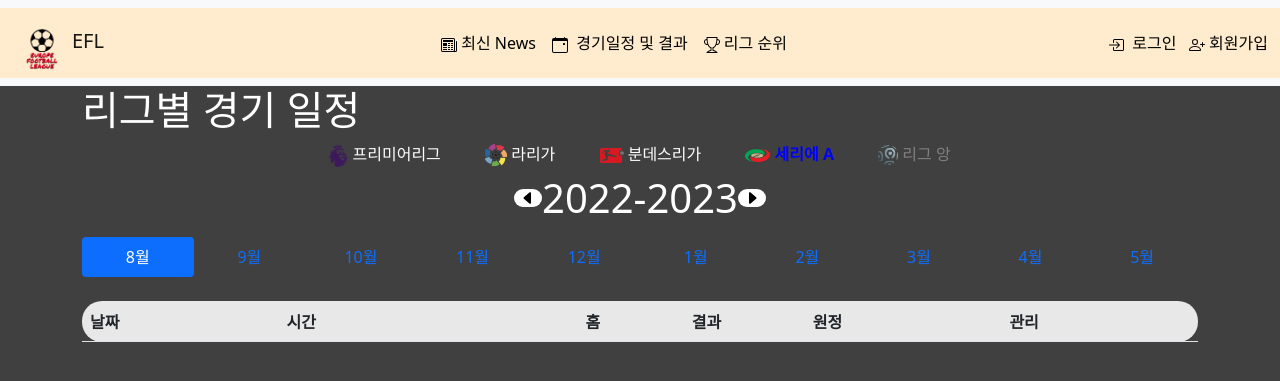
Repository: kylekimkim/uefa_project
Page: http://localhost/admin/match/2223/listSerie
The author's editor kept a copy of each file at every save. The page is drawn from the files as they stood at one save, then again after the next save.
The browser window is 1280 px wide. The pictures show the whole page.
The page is this project's Thymeleaf template; nobody is signed in. The template is opened directly, without the code that normally fills it, so the values that code supplies are empty.

Above is the page before, as saved 2022-07-22 03:44:48.

### uefa_project/src/main/resources/templates/admin/match/2223/listSerie.html
<html lang="en" xmlns:th="http:/www.thymeleaf.org">
	<head>
		<meta charset="UTF-8">
	</head>
	<style>
	.league{
		width: 100px;
	    height: 100px;
	    padding: 10px;
	    margin: 10px;
	    text-decoration: none;
	    text-align: center;
	    color:rgb(128, 128, 128);
	}
	.season{
		display: flex;
		justify-content: center;
		align-items:center;
		top:50%;
		left:50%;
		width: 50%;
	    height: 30px;
	    padding: 10px;
	    margin:0 auto;
	    text-decoration: none;
	    text-align: center;
	    font-size:40px;
	    color:white;
	}
	.move{
		background-color:white;
		border-radius:30px;
		border: 0px;
	}
	th,td{
		padding:50px;
	}
	table{
		width:100%;
	}
	.score{
		text-align: center;
	}
	h1{
		color:white;
	}
	span{
		color:white;
	}
	</style>
	<body class="admin">
		<header th:insert="header_nav.html"></header>
		<div class="container">
			<h1>리그별 경기 일정</h1>

				<p style="text-align: center;">
					<a class="league" href="/admin/match/2223/list.do">
						<span> <img src="/img/league/epl.png" alt="league_image"> 프리미어리그</span>
					</a>
					<a class="league" href="/admin/match/2223/listLaliga">
						<img src="/img/league/laliga.png" alt="league_image"><span> 라리가</span>
					</a>
					<a class="league" href="/admin/match/2223/listBundes">
						<img src="/img/league/bundes.png" alt="league_image"><span><span> 분데스리가</span>
					</a>
					<a class="league" href="/admin/match/2223/listSerie">
						<img src="/img/league/serie.png" alt="league_image"><span><strong style="color:blue"> 세리에 A</strong></span>
					</a>
					<a class="league" href="/admin/match/2223/listAng">
						<img src="/img/league/ang.png" alt="league_image"> 리그 앙</span>
					</a>
				</p>

				<div class="season">
					<button class="move" type="submit" onclick="location.href='/admin/match/2122/listSerie'">
						<svg xmlns="http://www.w3.org/2000/svg" width="16" height="16" fill="currentColor" class="bi bi-caret-left-fill" viewBox="0 0 16 16">
  							<path d="m3.86 8.753 5.482 4.796c.646.566 1.658.106 1.658-.753V3.204a1 1 0 0 0-1.659-.753l-5.48 4.796a1 1 0 0 0 0 1.506z"/>
						</svg>
					</button>
					 2022-2023
					<button class="move" type="submit" onclick="confirm()">
						<svg xmlns="http://www.w3.org/2000/svg" width="16" height="16" fill="currentColor" class="bi bi-caret-right-fill" viewBox="0 0 16 16">
							<path d="m12.14 8.753-5.482 4.796c-.646.566-1.658.106-1.658-.753V3.204a1 1 0 0 1 1.659-.753l5.48 4.796a1 1 0 0 1 0 1.506z"/>
						</svg>
					</button>
				</div>
				<br>
			<nav>
				<div class="nav nav-pills nav-justified" id="nav-tab" role="tablist">
				    <button class="nav-link active" id="aug-list-tab" data-bs-toggle="tab" data-bs-target="#aug-list" type="button" role="tab" aria-controls="aug-list" aria-selected="true">8월</button>
				    <button class="nav-link" id="sep-list-tab" data-bs-toggle="tab" data-bs-target="#sep-list" type="button" role="tab" aria-controls="sep-list" aria-selected="false">9월</button>
				    <button class="nav-link" id="oct-list-tab" data-bs-toggle="tab" data-bs-target="#oct-list" type="button" role="tab" aria-controls="oct-list" aria-selected="false">10월</button>
				    <button class="nav-link" id="nov-list-tab" data-bs-toggle="tab" data-bs-target="#nov-list" type="button" role="tab" aria-controls="nov-list" aria-selected="false">11월</button>
				  	<button class="nav-link" id="dec-list-tab" data-bs-toggle="tab" data-bs-target="#dec-list" type="button" role="tab" aria-controls="dec-list" aria-selected="false">12월</button>
				  	<button class="nav-link" id="jan-list-tab" data-bs-toggle="tab" data-bs-target="#jan-list" type="button" role="tab" aria-controls="jan-list" aria-selected="false">1월</button>
				  	<button class="nav-link" id="feb-list-tab" data-bs-toggle="tab" data-bs-target="#feb-list" type="button" role="tab" aria-controls="feb-list" aria-selected="false">2월</button>
				  	<button class="nav-link" id="mar-list-tab" data-bs-toggle="tab" data-bs-target="#mar-list" type="button" role="tab" aria-controls="mar-list" aria-selected="false">3월</button>
				  	<button class="nav-link" id="api-list-tab" data-bs-toggle="tab" data-bs-target="#api-list" type="button" role="tab" aria-controls="api-list" aria-selected="false">4월</button>
				  	<button class="nav-link" id="may-list-tab" data-bs-toggle="tab" data-bs-target="#may-list" type="button" role="tab" aria-controls="may-list" aria-selected="false">5월</button>
			  	</div>
			</nav>
			<br>
			<div class="tab-content" id="nav-tabContent">
  				<div class="tab-pane fade show active" id="aug-list" role="tabpanel" aria-labelledby="nav-home-tab">
	  				<table class="table">
						<thead>
							<th>날짜</th><th>시간</th><th style="text-align: right;">홈</th><th style="text-align: center;">결과</th><th>원정</th><th>관리</th>
						</thead>
						<tbody>
							<tr th:each="aug:${Aug}">
								<td th:text="${#dates.format(aug.matchDate,'MM-dd')}" style="color:blue"></td>
								<td th:text="${aug.matchTime}"></td>
								<td style="text-align: right;">[[${aug.homeTeam}]]<img th:src="@{/img/{img}(img=${aug.homeLogo})}" width="35px;"></td>
								<td class="score" style="font-size:20px;">[[${aug.homeScore}]] : [[${aug.awayScore}]]</td>
								<td><img th:src="@{/img/{img}(img=${aug.awayLogo})}" width="35px;">[[${aug.awayTeam}]]</td>
								<td><a  style="text-decoration:none" th:href="@{/admin/match/2223/modify(matchNum=${aug.matchNum})}">수정</a></td>
							</tr>
						</tbody>
					</table>
				</div>
				<div class="tab-pane fade" id="sep-list" role="tabpanel" aria-labelledby="nav-home-tab">
	  				<table class="table">
						<thead>
							<th>날짜</th><th>시간</th><th style="text-align: right;">홈</th><th style="text-align: center;">결과</th><th>원정</th><th>관리</th>
						</thead>
						<tbody>
							<tr th:each="sep:${Sep}">
								<td th:text="${#dates.format(sep.matchDate,'MM-dd')}" style="color:blue"></td>
								<td th:text="${sep.matchTime}"></td>
								<td style="text-align: right;">[[${sep.homeTeam}]]<img th:src="@{/img/{img}(img=${sep.homeLogo})}" width="35px;"></td>
								<td class="score" style="font-size:20px;">[[${sep.homeScore}]] : [[${sep.awayScore}]]</td>
								<td><img th:src="@{/img/{img}(img=${sep.awayLogo})}" width="35px;">[[${sep.awayTeam}]]</td>
								<td><a  style="text-decoration:none" th:href="@{/admin/match/2223/modify(matchNum=${sep.matchNum})}">수정</a></td>
							</tr>
						</tbody>
					</table>
				</div>
				<div class="tab-pane fade" id="oct-list" role="tabpanel" aria-labelledby="nav-home-tab">
	  				<table class="table">
						<thead>
							<th>날짜</th><th>시간</th><th style="text-align: right;">홈</th><th style="text-align: center;">결과</th><th>원정</th><th>관리</th>
						</thead>
						<tbody>
							<tr th:each="oct:${Oct}">
								<td th:text="${#dates.format(oct.matchDate,'MM-dd')}" style="color:blue"></td>
								<td th:text="${oct.matchTime}"></td>
								<td style="text-align: right;">[[${oct.homeTeam}]]<img th:src="@{/img/{img}(img=${oct.homeLogo})}" width="35px;"></td>
								<td class="score" style="font-size:20px;">[[${oct.homeScore}]] : [[${oct.awayScore}]]</td>
								<td><img th:src="@{/img/{img}(img=${oct.awayLogo})}" width="35px;">[[${oct.awayTeam}]]</td>
								<td><a  style="text-decoration:none" th:href="@{/admin/match/2223/modify(matchNum=${oct.matchNum})}">수정</a></td>
							</tr>
						</tbody>
					</table>
				</div>
				<div class="tab-pane fade" id="nov-list" role="tabpanel" aria-labelledby="nav-home-tab">
	  				<table class="table">
						<thead>
							<th>날짜</th><th>시간</th><th style="text-align: right;">홈</th><th style="text-align: center;">결과</th><th>원정</th><th>관리</th>
						</thead>
						<tbody>
							<tr th:each="nov:${Nov}">
								<td th:text="${#dates.format(nov.matchDate,'MM-dd')}" style="color:blue"></td>
								<td th:text="${nov.matchTime}"></td>
								<td style="text-align: right;">[[${nov.homeTeam}]]<img th:src="@{/img/{img}(img=${nov.homeLogo})}" width="35px;"></td>
								<td class="score" style="font-size:20px;">[[${nov.homeScore}]] : [[${nov.awayScore}]]</td>
								<td><img th:src="@{/img/{img}(img=${nov.awayLogo})}" width="35px;">[[${nov.awayTeam}]]</td>
								<td><a  style="text-decoration:none" th:href="@{/admin/match/2223/modify(matchNum=${nov.matchNum})}">수정</a></td>
							</tr>
						</tbody>
					</table>
				</div>
				<div class="tab-pane fade" id="dec-list" role="tabpanel" aria-labelledby="nav-home-tab">
	  				<table class="table">
						<thead>
							<th>날짜</th><th>시간</th><th style="text-align: right;">홈</th><th style="text-align: center;">결과</th><th>원정</th><th>관리</th>
						</thead>
						<tbody>
							<tr th:each="dec:${Dec}">
								<td th:text="${#dates.format(dec.matchDate,'MM-dd')}" style="color:blue"></td>
								<td th:text="${dec.matchTime}"></td>
								<td style="text-align: right;">[[${dec.homeTeam}]]<img th:src="@{/img/{img}(img=${dec.homeLogo})}" width="35px;"></td>
								<td class="score" style="font-size:20px;">[[${dec.homeScore}]] : [[${dec.awayScore}]]</td>
								<td><img th:src="@{/img/{img}(img=${dec.awayLogo})}" width="35px;">[[${dec.awayTeam}]]</td>
								<td><a  style="text-decoration:none" th:href="@{/admin/match/2223/modify(matchNum=${dec.matchNum})}">수정</a></td>
							</tr>
						</tbody>
					</table>
				</div>
				<div class="tab-pane fade" id="jan-list" role="tabpanel" aria-labelledby="nav-home-tab">
	  				<table class="table">
						<thead>
							<th>날짜</th><th>시간</th><th style="text-align: right;">홈</th><th style="text-align: center;">결과</th><th>원정</th><th>관리</th>
						</thead>
						<tbody>
							<tr th:each="jan:${Jan}">
								<td th:text="${#dates.format(jan.matchDate,'MM-dd')}" style="color:blue"></td>
								<td th:text="${jan.matchTime}"></td>
								<td style="text-align: right;">[[${jan.homeTeam}]]<img th:src="@{/img/{img}(img=${jan.homeLogo})}" width="35px;"></td>
								<td class="score" style="font-size:20px;">[[${jan.homeScore}]] : [[${jan.awayScore}]]</td>
								<td><img th:src="@{/img/{img}(img=${jan.awayLogo})}" width="35px;">[[${jan.awayTeam}]]</td>
								<td><a  style="text-decoration:none" th:href="@{/admin/match/2223/modify(matchNum=${jan.matchNum})}">수정</a></td>
							</tr>
						</tbody>
					</table>
				</div>
				<div class="tab-pane fade" id="feb-list" role="tabpanel" aria-labelledby="nav-home-tab">
	  				<table class="table">
						<thead>
							<th>날짜</th><th>시간</th><th style="text-align: right;">홈</th><th style="text-align: center;">결과</th><th>원정</th><th>관리</th>
						</thead>
						<tbody>
							<tr th:each="feb:${Feb}">
								<td th:text="${#dates.format(feb.matchDate,'MM-dd')}" style="color:blue"></td>
								<td th:text="${feb.matchTime}"></td>
								<td style="text-align: right;">[[${feb.homeTeam}]]<img th:src="@{/img/{img}(img=${feb.homeLogo})}" width="35px;"></td>
								<td class="score" style="font-size:20px;">[[${feb.homeScore}]] : [[${feb.awayScore}]]</td>
								<td><img th:src="@{/img/{img}(img=${feb.awayLogo})}" width="35px;">[[${feb.awayTeam}]]</td>
								<td><a  style="text-decoration:none" th:href="@{/admin/match/2223/modify(matchNum=${feb.matchNum})}">수정</a></td>
							</tr>
						</tbody>
					</table>
				</div>
				<div class="tab-pane fade" id="mar-list" role="tabpanel" aria-labelledby="nav-home-tab">
	  				<table class="table">
						<thead>
							<th>날짜</th><th>시간</th><th style="text-align: right;">홈</th><th style="text-align: center;">결과</th><th>원정</th><th>관리</th>
						</thead>
						<tbody>
							<tr th:each="mar:${Mar}">
								<td th:text="${#dates.format(mar.matchDate,'MM-dd')}" style="color:blue"></td>
								<td th:text="${mar.matchTime}"></td>
								<td style="text-align: right;">[[${mar.homeTeam}]]<img th:src="@{/img/{img}(img=${mar.homeLogo})}" width="35px;"></td>
								<td class="score" style="font-size:20px;">[[${mar.homeScore}]] : [[${mar.awayScore}]]</td>
								<td><img th:src="@{/img/{img}(img=${mar.awayLogo})}" width="35px;">[[${mar.awayTeam}]]</td>
								<td><a  style="text-decoration:none" th:href="@{/admin/match/2223/modify(matchNum=${mar.matchNum})}">수정</a></td>
							</tr>
						</tbody>
					</table>
				</div>
				<div class="tab-pane fade" id="api-list" role="tabpanel" aria-labelledby="nav-home-tab">
	  				<table class="table">
						<thead>
							<th>날짜</th><th>시간</th><th style="text-align: right;">홈</th><th style="text-align: center;">결과</th><th>원정</th><th>관리</th>
						</thead>
						<tbody>
							<tr th:each="api:${Api}">
								<td th:text="${#dates.format(api.matchDate,'MM-dd')}" style="color:blue"></td>
								<td th:text="${api.matchTime}"></td>
								<td style="text-align: right;">[[${api.homeTeam}]]<img th:src="@{/img/{img}(img=${api.homeLogo})}" width="35px;"></td>
								<td class="score" style="font-size:20px;">[[${api.homeScore}]] : [[${api.awayScore}]]</td>
								<td ><img th:src="@{/img/{img}(img=${api.awayLogo})}" width="35px;">[[${api.awayTeam}]]</td>
								<td><a  style="text-decoration:none" th:href="@{/admin/match/2223/modify(matchNum=${api.matchNum})}">수정</a></td>
							</tr>
						</tbody>
					</table>
				</div>
				<div class="tab-pane fade" id="may-list" role="tabpanel" aria-labelledby="nav-home-tab">
	  				<table class="table">
						<thead>
							<th>날짜</th><th>시간</th><th style="text-align: right;">홈</th><th style="text-align: center;">결과</th><th>원정</th><th>관리</th>
						</thead>
						<tbody>
							<tr th:each="may:${May}">
								<td th:text="${#dates.format(may.matchDate,'MM-dd')}" style="color:blue"></td>
								<td th:text="${may.matchTime}"></td>
								<td style="text-align: right;">[[${may.homeTeam}]]<img th:src="@{/img/{img}(img=${may.homeLogo})}" width="35px;"></td>
								<td class="score" style="font-size:20px;">[[${may.homeScore}]] : [[${may.awayScore}]]</td>
								<td><img th:src="@{/img/{img}(img=${may.awayLogo})}" width="35px;">[[${may.awayTeam}]]</td>
								<td><a  style="text-decoration:none" th:href="@{/admin/match/2223/modify(matchNum=${may.matchNum})}">수정</a></td>
							</tr>
						</tbody>
					</table>
				</div>
			</div>
		</div>
	</body>
	<script>
		function confirm(){
			alert("최신 경기 일정입니다.");
		}
	</script>
</html>

### uefa_project/src/main/resources/templates/header_nav.html
<html lang="ko" xmlns:th="http://www.thymeleaf.org">
	<head>
	<meta charset="UTF-8">
		<link href="https://cdn.jsdelivr.net/npm/bootstrap@5.1.3/dist/css/bootstrap.min.css" rel="stylesheet" integrity="sha384-1BmE4kWBq78iYhFldvKuhfTAU6auU8tT94WrHftjDbrCEXSU1oBoqyl2QvZ6jIW3" crossorigin="anonymous">
		<script src="https://cdn.jsdelivr.net/npm/bootstrap@5.1.3/dist/js/bootstrap.bundle.min.js" integrity="sha384-ka7Sk0Gln4gmtz2MlQnikT1wXgYsOg+OMhuP+IlRH9sENBO0LRn5q+8nbTov4+1p" crossorigin="anonymous"></script>
	</head>
	<style>
	table{
			background-color:rgb(232, 232, 232);
			border-radius:20px;
		}
	.admin{
		background-color: rgb(64, 64, 64);
	}
	#navItem{
		color:black;
	}
	#navItem:hover{
		color:blue;
		font-size:large;
	}
	</style>
	<body>
		<nav class="navbar navbar-expand-lg navbar-light bg-light" style="background-color:blanchedalmond;">
			<div class="container-fluid" style="background-color:blanchedalmond;">
			    <a class="navbar-brand" href="/"><img src="/img/logo.png" alt="league_image" width=60px; >EFL</a>
				<div class="collapse navbar-collapse justify-content-between" id="navbarNavDropdown">
					<ul class="navbar-nav"  style="margin:auto">
						<li class="nav-item" style="margin:auto">
							<a class="nav-link" href="#" id="navItem">
								<svg xmlns="http://www.w3.org/2000/svg" width="16" height="16" fill="currentColor" class="bi bi-newspaper" viewBox="0 0 16 16">
								  <path d="M0 2.5A1.5 1.5 0 0 1 1.5 1h11A1.5 1.5 0 0 1 14 2.5v10.528c0 .3-.05.654-.238.972h.738a.5.5 0 0 0 .5-.5v-9a.5.5 0 0 1 1 0v9a1.5 1.5 0 0 1-1.5 1.5H1.497A1.497 1.497 0 0 1 0 13.5v-11zM12 14c.37 0 .654-.211.853-.441.092-.106.147-.279.147-.531V2.5a.5.5 0 0 0-.5-.5h-11a.5.5 0 0 0-.5.5v11c0 .278.223.5.497.5H12z"/>
								  <path d="M2 3h10v2H2V3zm0 3h4v3H2V6zm0 4h4v1H2v-1zm0 2h4v1H2v-1zm5-6h2v1H7V6zm3 0h2v1h-2V6zM7 8h2v1H7V8zm3 0h2v1h-2V8zm-3 2h2v1H7v-1zm3 0h2v1h-2v-1zm-3 2h2v1H7v-1zm3 0h2v1h-2v-1z"/>
								</svg>&nbsp;최신 News
							</a>
						</li>
						<li class="nav-item"  style="margin:auto">
							<a class=nav-link href="/match/2122/list.do" id="navItem">
								<svg xmlns="http://www.w3.org/2000/svg" width="16" height="16" fill="currentColor" class="bi bi-calendar-event" viewBox="0 0 16 16">
								  <path d="M11 6.5a.5.5 0 0 1 .5-.5h1a.5.5 0 0 1 .5.5v1a.5.5 0 0 1-.5.5h-1a.5.5 0 0 1-.5-.5v-1z"/>
								  <path d="M3.5 0a.5.5 0 0 1 .5.5V1h8V.5a.5.5 0 0 1 1 0V1h1a2 2 0 0 1 2 2v11a2 2 0 0 1-2 2H2a2 2 0 0 1-2-2V3a2 2 0 0 1 2-2h1V.5a.5.5 0 0 1 .5-.5zM1 4v10a1 1 0 0 0 1 1h12a1 1 0 0 0 1-1V4H1z"/>
								</svg> &nbsp;경기일정 및 결과
							</a>
						</li>
						<li class="nav-item"  style="margin:auto">
							<a class=nav-link href="/team/rank.do" id="navItem">
								<svg xmlns="http://www.w3.org/2000/svg" width="16" height="16" fill="currentColor" class="bi bi-trophy" viewBox="0 0 16 16">
								  <path d="M2.5.5A.5.5 0 0 1 3 0h10a.5.5 0 0 1 .5.5c0 .538-.012 1.05-.034 1.536a3 3 0 1 1-1.133 5.89c-.79 1.865-1.878 2.777-2.833 3.011v2.173l1.425.356c.194.048.377.135.537.255L13.3 15.1a.5.5 0 0 1-.3.9H3a.5.5 0 0 1-.3-.9l1.838-1.379c.16-.12.343-.207.537-.255L6.5 13.11v-2.173c-.955-.234-2.043-1.146-2.833-3.012a3 3 0 1 1-1.132-5.89A33.076 33.076 0 0 1 2.5.5zm.099 2.54a2 2 0 0 0 .72 3.935c-.333-1.05-.588-2.346-.72-3.935zm10.083 3.935a2 2 0 0 0 .72-3.935c-.133 1.59-.388 2.885-.72 3.935zM3.504 1c.007.517.026 1.006.056 1.469.13 2.028.457 3.546.87 4.667C5.294 9.48 6.484 10 7 10a.5.5 0 0 1 .5.5v2.61a1 1 0 0 1-.757.97l-1.426.356a.5.5 0 0 0-.179.085L4.5 15h7l-.638-.479a.501.501 0 0 0-.18-.085l-1.425-.356a1 1 0 0 1-.757-.97V10.5A.5.5 0 0 1 9 10c.516 0 1.706-.52 2.57-2.864.413-1.12.74-2.64.87-4.667.03-.463.049-.952.056-1.469H3.504z"/>
								</svg>&nbsp;리그 순위
							</a>
						</li>
						  <li class="nav-item dropdown" th:if="${session.memVo} and ${session.memVo.grade == 0}">
						    <a class="nav-link dropdown-toggle" data-bs-toggle="dropdown" href="#" role="button" aria-expanded="false" id="navItem">관리자 전용</a>
						    <ul class="dropdown-menu">
						      <li><a class="dropdown-item" href="/mem/list.do">멤버 관리</a></li>
						      <li><a class="dropdown-item" href="/team/list.do">Team 순위 관리</a></li>
						      <li><a class="dropdown-item" href="/admin/match/2122/list.do">경기 일정 관리 </a></li>
						    </ul>
						  </li>
					</ul>
					<div th:if="${session.memVo}">
						<svg  th:if="${session.memVo.grade == 0}" xmlns="http://www.w3.org/2000/svg" width="16" height="16" fill="currentColor" class="bi bi-person-circle" viewBox="0 0 16 16">
						  <path d="M11 6a3 3 0 1 1-6 0 3 3 0 0 1 6 0z"/>
						  <path fill-rule="evenodd" d="M0 8a8 8 0 1 1 16 0A8 8 0 0 1 0 8zm8-7a7 7 0 0 0-5.468 11.37C3.242 11.226 4.805 10 8 10s4.757 1.225 5.468 2.37A7 7 0 0 0 8 1z"/>
						</svg>
						<svg th:if="${session.memVo.grade != 0}" xmlns="http://www.w3.org/2000/svg" width="16" height="16" fill="currentColor" class="bi bi-person" viewBox="0 0 16 16">
						  <path d="M8 8a3 3 0 1 0 0-6 3 3 0 0 0 0 6zm2-3a2 2 0 1 1-4 0 2 2 0 0 1 4 0zm4 8c0 1-1 1-1 1H3s-1 0-1-1 1-4 6-4 6 3 6 4zm-1-.004c-.001-.246-.154-.986-.832-1.664C11.516 10.68 10.289 10 8 10c-2.29 0-3.516.68-4.168 1.332-.678.678-.83 1.418-.832 1.664h10z"/>
						</svg>
						<span th:text="${session.memVo}?${session.memVo.id}:''"></span>
						(<span th:text="${session.memVo?.name}"></span>)
						님 로그인
						&nbsp;&nbsp;
						<a  class="btn btn-outline-primary position-relative" th:href="@{/team/myteam(teamNum=${session.memVo.myteam})}" th:if="${session.memVo.myteam}">
							My Team
							</span>
						</a>
						<a  class="btn btn-outline-primary position-relative" th:href="@{/team/select(id=${session.memVo.id})}" th:if="${session.memVo.myteam==null}">
							My Team을 설정하세요
							</span>
						</a>
						&nbsp;&nbsp;
						<a 	href="/mem/logout" style="text-decoration:none; color:black;">
							<svg xmlns="http://www.w3.org/2000/svg" width="16" height="16" fill="currentColor" class="bi bi-box-arrow-left" viewBox="0 0 16 16">
							  <path fill-rule="evenodd" d="M6 12.5a.5.5 0 0 0 .5.5h8a.5.5 0 0 0 .5-.5v-9a.5.5 0 0 0-.5-.5h-8a.5.5 0 0 0-.5.5v2a.5.5 0 0 1-1 0v-2A1.5 1.5 0 0 1 6.5 2h8A1.5 1.5 0 0 1 16 3.5v9a1.5 1.5 0 0 1-1.5 1.5h-8A1.5 1.5 0 0 1 5 12.5v-2a.5.5 0 0 1 1 0v2z"/>
							  <path fill-rule="evenodd" d="M.146 8.354a.5.5 0 0 1 0-.708l3-3a.5.5 0 1 1 .708.708L1.707 7.5H10.5a.5.5 0 0 1 0 1H1.707l2.147 2.146a.5.5 0 0 1-.708.708l-3-3z"/>
							</svg>&nbsp;로그아웃
						</a>

					</div>
	 				<div class="d-flex" th:if="!${session.memVo}">
						<a 	href="/mem/login" style="text-decoration:none; color:black;">
							<svg xmlns="http://www.w3.org/2000/svg" width="16" height="16" fill="currentColor" class="bi bi-box-arrow-in-right" viewBox="0 0 16 16">
							  <path fill-rule="evenodd" d="M6 3.5a.5.5 0 0 1 .5-.5h8a.5.5 0 0 1 .5.5v9a.5.5 0 0 1-.5.5h-8a.5.5 0 0 1-.5-.5v-2a.5.5 0 0 0-1 0v2A1.5 1.5 0 0 0 6.5 14h8a1.5 1.5 0 0 0 1.5-1.5v-9A1.5 1.5 0 0 0 14.5 2h-8A1.5 1.5 0 0 0 5 3.5v2a.5.5 0 0 0 1 0v-2z"/>
							  <path fill-rule="evenodd" d="M11.854 8.354a.5.5 0 0 0 0-.708l-3-3a.5.5 0 1 0-.708.708L10.293 7.5H1.5a.5.5 0 0 0 0 1h8.793l-2.147 2.146a.5.5 0 0 0 .708.708l3-3z"/>
							</svg> &nbsp;로그인
						</a>&nbsp;&nbsp;&nbsp;
						<a 	href="/mem/signup" style="text-decoration:none; color:black;">
							<svg xmlns="http://www.w3.org/2000/svg" width="16" height="16" fill="currentColor" class="bi bi-person-plus" viewBox="0 0 16 16">
							  <path d="M6 8a3 3 0 1 0 0-6 3 3 0 0 0 0 6zm2-3a2 2 0 1 1-4 0 2 2 0 0 1 4 0zm4 8c0 1-1 1-1 1H1s-1 0-1-1 1-4 6-4 6 3 6 4zm-1-.004c-.001-.246-.154-.986-.832-1.664C9.516 10.68 8.289 10 6 10c-2.29 0-3.516.68-4.168 1.332-.678.678-.83 1.418-.832 1.664h10z"/>
							  <path fill-rule="evenodd" d="M13.5 5a.5.5 0 0 1 .5.5V7h1.5a.5.5 0 0 1 0 1H14v1.5a.5.5 0 0 1-1 0V8h-1.5a.5.5 0 0 1 0-1H13V5.5a.5.5 0 0 1 .5-.5z"/>
							</svg>&nbsp;회원가입
						</a>
					</div>
				</div>
			</div>
		</nav>
	</body>
</html>

After the next save:
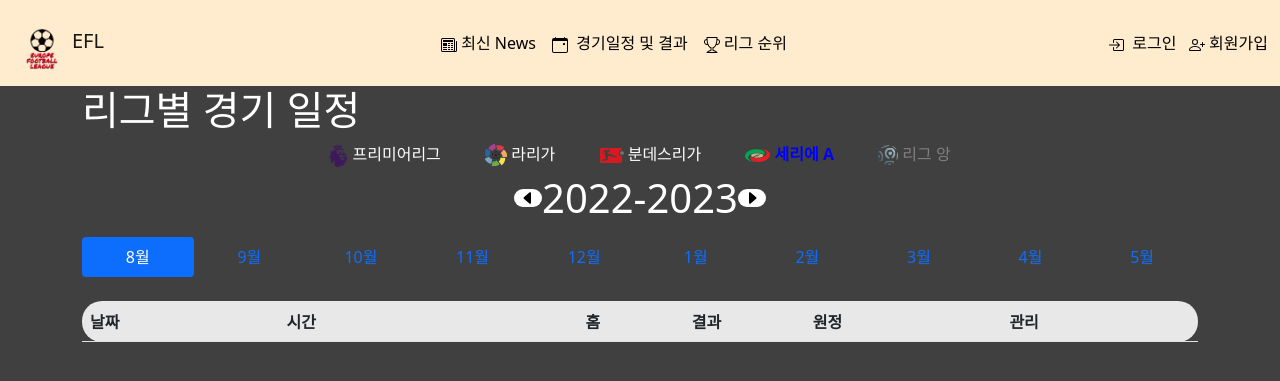
Saved 58 s later.
--- a/uefa_project/src/main/resources/templates/header_nav.html
+++ b/uefa_project/src/main/resources/templates/header_nav.html
@@ -21,7 +21,7 @@
 	}
 	</style>
 	<body>
-		<nav class="navbar navbar-expand-lg navbar-light bg-light" style="background-color:blanchedalmond;">
+		<nav class="navbar navbar-expand-lg navbar-light" style="background-color:blanchedalmond;">
 			<div class="container-fluid" style="background-color:blanchedalmond;">
 			    <a class="navbar-brand" href="/"><img src="/img/logo.png" alt="league_image" width=60px; >EFL</a>
 				<div class="collapse navbar-collapse justify-content-between" id="navbarNavDropdown">
